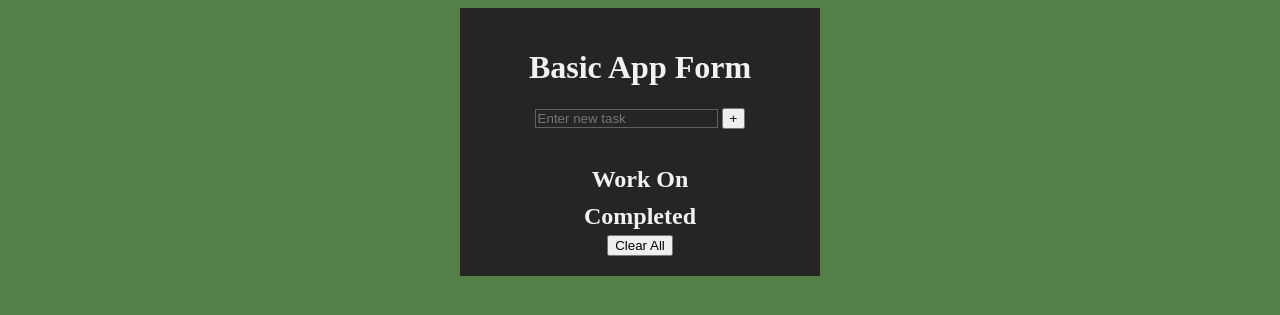
Repository: Kayla-amr/dgm_3760
Page: todoTemplate-W2/index.html
The author's editor kept a copy of each file at every save. The page is drawn from the files as they stood at one save, then again after the next save.
The browser window is 1280 px wide. The pictures show the whole page.

Above is the page before, as saved 2022-11-08 13:04:40.
Console error: TypeError: Cannot read properties of undefined (reading 'length')

After the next save:
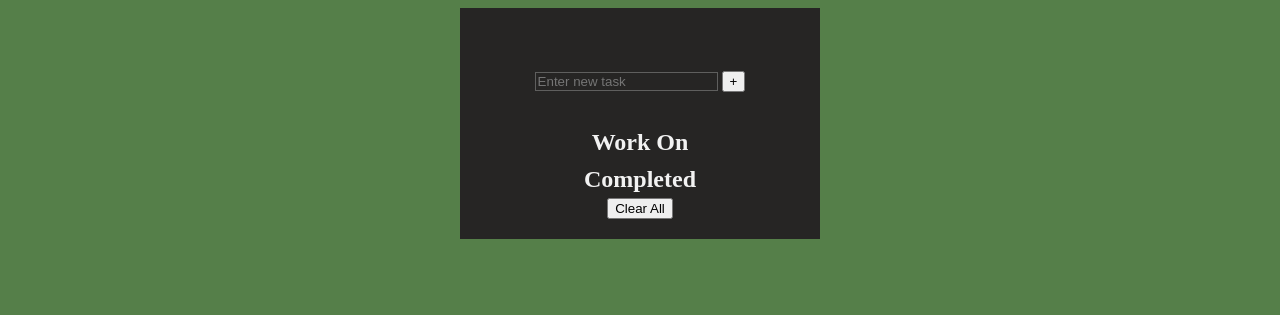
Console error: SyntaxError: Unexpected token '.'
Saved 6 s later.
--- a/todoTemplate-W2/index.js
+++ b/todoTemplate-W2/index.js
@@ -92,7 +92,7 @@ function deleteComplete() {
 }
 
 function remaining() {
-	remainingTasks.textContent = `You have ${todoTaskUl.h.length} remaining items left to be completed`;
+	remainingTasks.textContent = `You have ${todoTaskUl..length} remaining items left to be completed`;
 }
 
 remaining();
